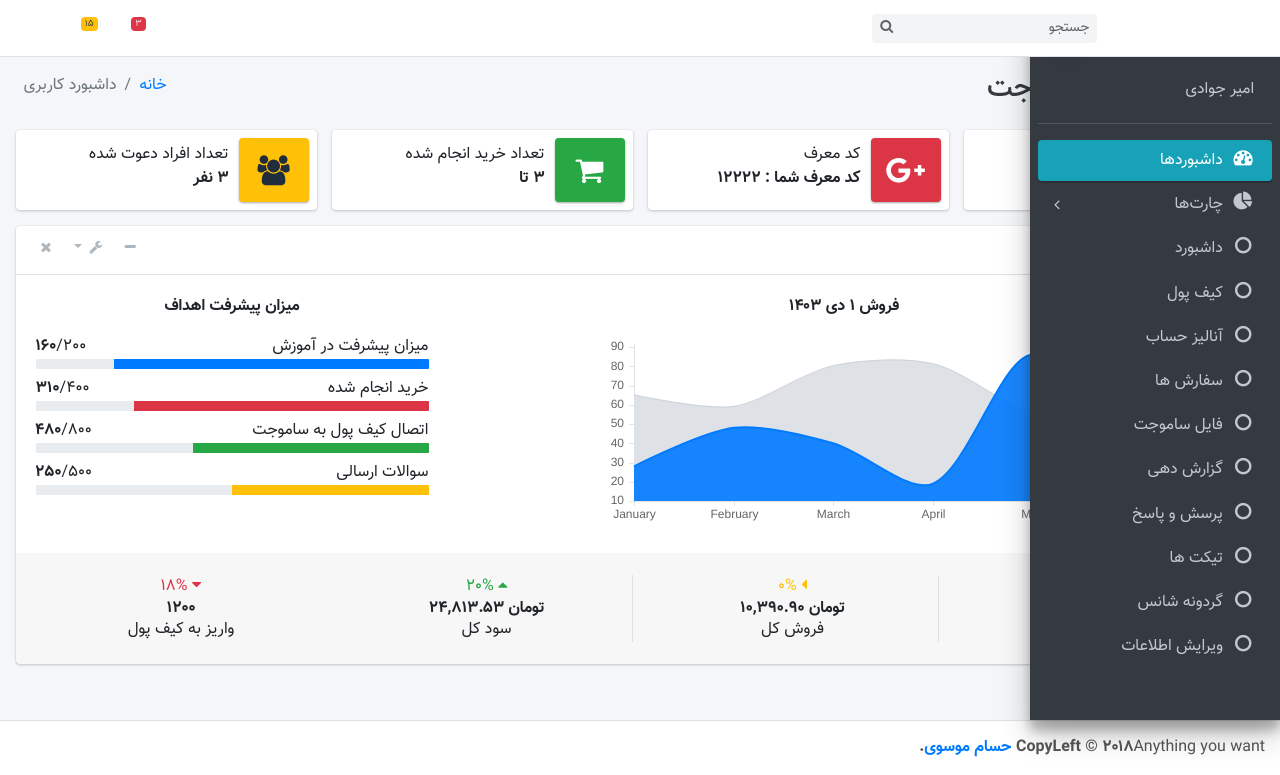
Repository: amirjavadikia/samo-dashboard
Page: index2.html
These files come from the project's save history. The page is drawn as it stood at one moment and after the next save; the edit follows.
The browser window is 1280 px wide. The pictures show the whole page.

Above is the page before, as saved 2024-09-13 19:05:53.
Console error: TypeError: Cannot read properties of undefined (reading 'getContext')

After the next save:
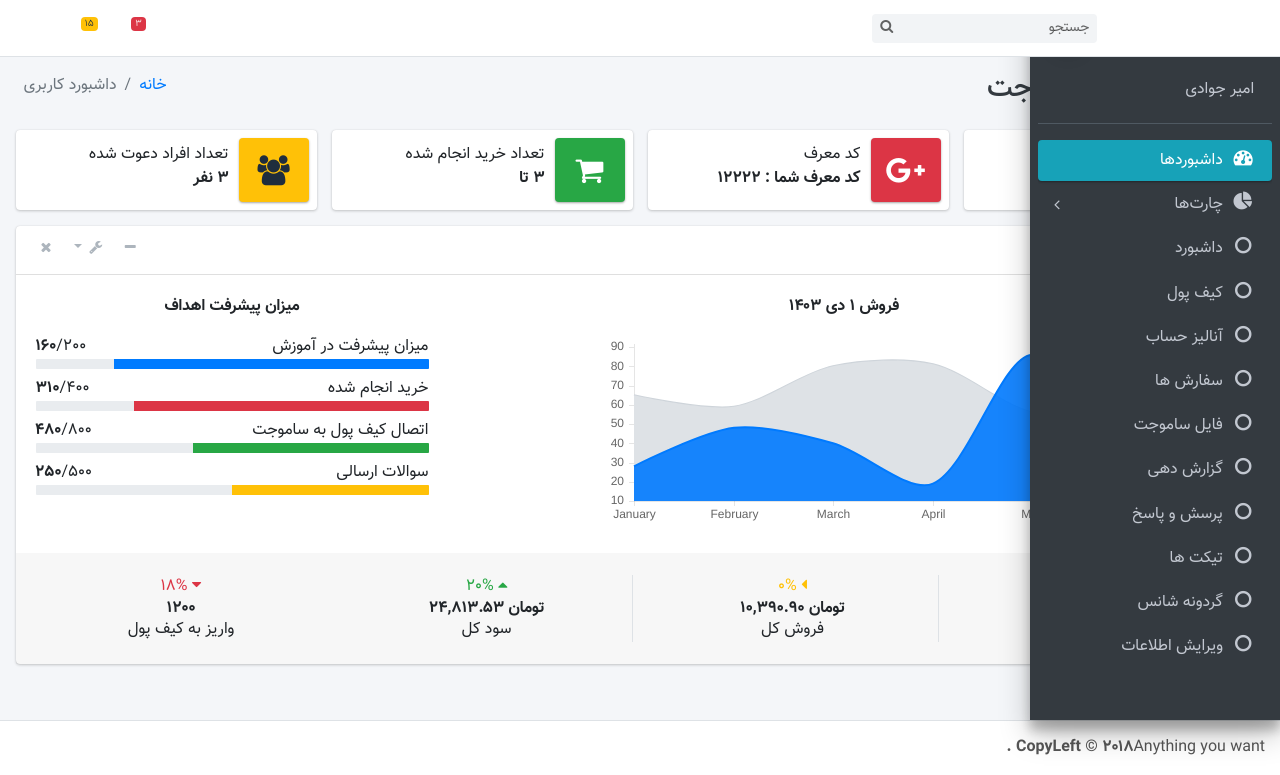
Saved 18 s later.
--- a/index2.html
+++ b/index2.html
@@ -544,7 +544,7 @@
       Anything you want
     </div>
     <!-- Default to the left -->
-    <strong>CopyLeft &copy; 2018 <a href="http://github.com/hesammousavi/">حسام موسوی</a>.</strong>
+    <strong>CopyLeft &copy; 2018 <a href="http://github.com/hesammousavi/"></a>.</strong>
   </footer>
 </div>
 <!-- ./wrapper -->
